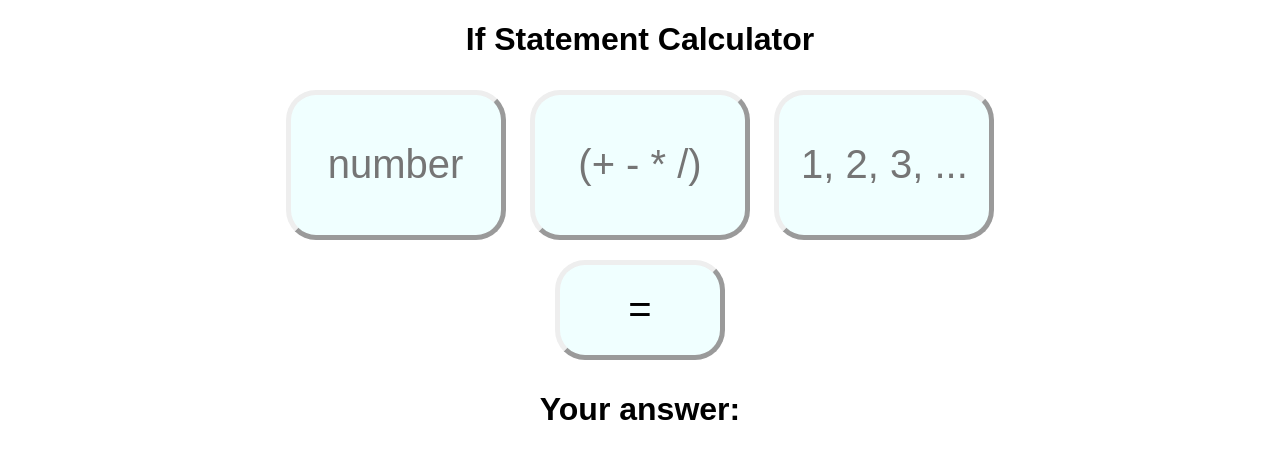
Repository: WesleyErasmus/threeInputCalculator
Page: html/if-calculator.html
These files come from the project's save history. The page is drawn as it stood at one moment and after the next save; the edit follows.
The browser window is 1280 px wide. The pictures show the whole page.

Above is the page before, as saved 2022-04-27 22:32:01.

### html/if-calculator.html
<!DOCTYPE html>
<html lang="en">
<head>
    <meta charset="UTF-8">
    <meta http-equiv="X-UA-Compatible" content="IE=edge">
    <meta name="viewport" content="width=device-width, initial-scale=1.0">
    <title>JS If Calculator</title>
    <link rel="stylesheet" href="/css/stylesheet.css">
    <script src="/js/if-calculator.js"></script>
</head>
<body>

<center>
    <form onsubmit="return false;">
        <h1>If Statement Calculator</h1>
         <input id="input1" type="text" name = "input1" placeholder="number"> <!-- input-1 -->
         <input id="input3" type="text" name = "input3" placeholder="(+ - * /)"> <!-- input-3 (operator) -->
         <input id="input2" type="text" name = "input2" placeholder="1, 2, 3, ..."> <!-- input-2 -->
        <div>
         <button onclick="sum()">=</button>
        </div>
         <h1>Your answer:</h1>
         <p id="output"></p>
    </form>
</center>
</body>
</html>

### css/stylesheet.css
body {
font-family: sans-serif;
}
form {
display: block;
margin: 0 auto;
}
input {
    background-color: azure;
    width: 170px;
    height: 100px;
    padding: 20px;
    margin: 10px;
    text-align: center;
    font-size: 40px;
    border-radius: 30px;
    border: 5px outset;
}
button {
    background-color: azure;
    width: 170px;
    height: 100px;
    padding: 0;
    margin: 10px;
    font-size: 40px;
    border-radius: 30px;
    border: 5px outset;
}
p {
    text-align: center;
    margin: 10px;
    padding: 20px;
    font-size: 75px;
    border-radius: 10px;
}

### js/if-calculator.js
function sum() {
const num1 = document.getElementById("input1").value;
const num2 = document.getElementById("input2").value;
const operator = document.getElementById("input3").value;
const output = document.getElementById("output").value;
  let answer;
  document.getElementById("output").value;
  if (operator == '+') {
    answer = +num1 + +num2;
    document.getElementById("output").innerHTML = answer;
  } else if (operator == '-') {
    answer = num1 - num2;
    document.getElementById("output").innerHTML = answer;
  } else if (operator == '*') {
    answer = num1 * num2;
    document.getElementById("output").innerHTML = answer;
  } else {
    answer = num1 / num2;
    document.getElementById("output").innerHTML = answer;
  }console.log(answer);
}

After the next save:
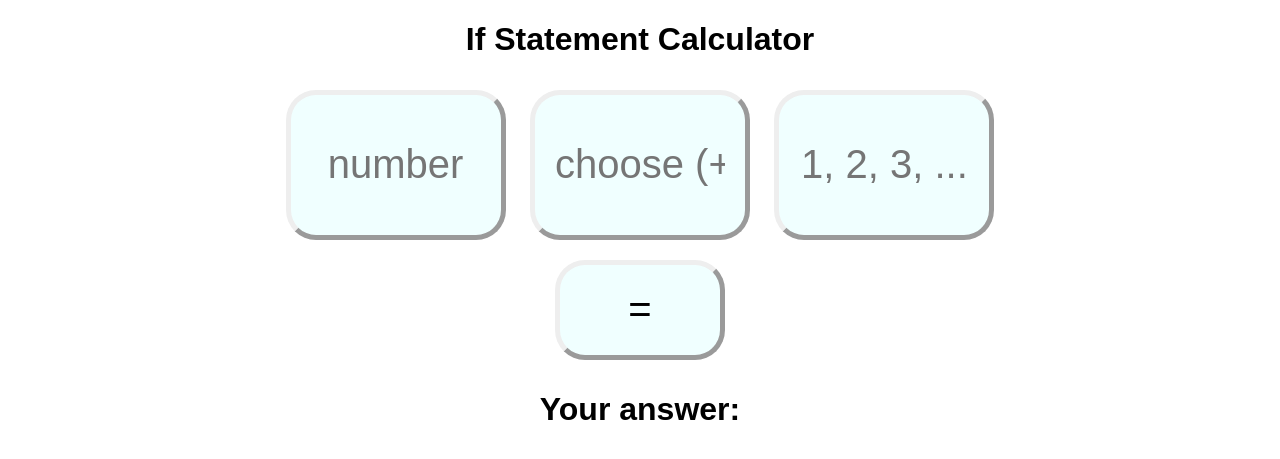
Saved 11 s later.
--- a/html/if-calculator.html
+++ b/html/if-calculator.html
@@ -14,7 +14,7 @@
     <form onsubmit="return false;">
         <h1>If Statement Calculator</h1>
          <input id="input1" type="text" name = "input1" placeholder="number"> <!-- input-1 -->
-         <input id="input3" type="text" name = "input3" placeholder="(+ - * /)"> <!-- input-3 (operator) -->
+         <input id="input3" type="text" name = "input3" placeholder="choose (+ - * /)"> <!-- input-3 (operator) -->
          <input id="input2" type="text" name = "input2" placeholder="1, 2, 3, ..."> <!-- input-2 -->
         <div>
          <button onclick="sum()">=</button>
